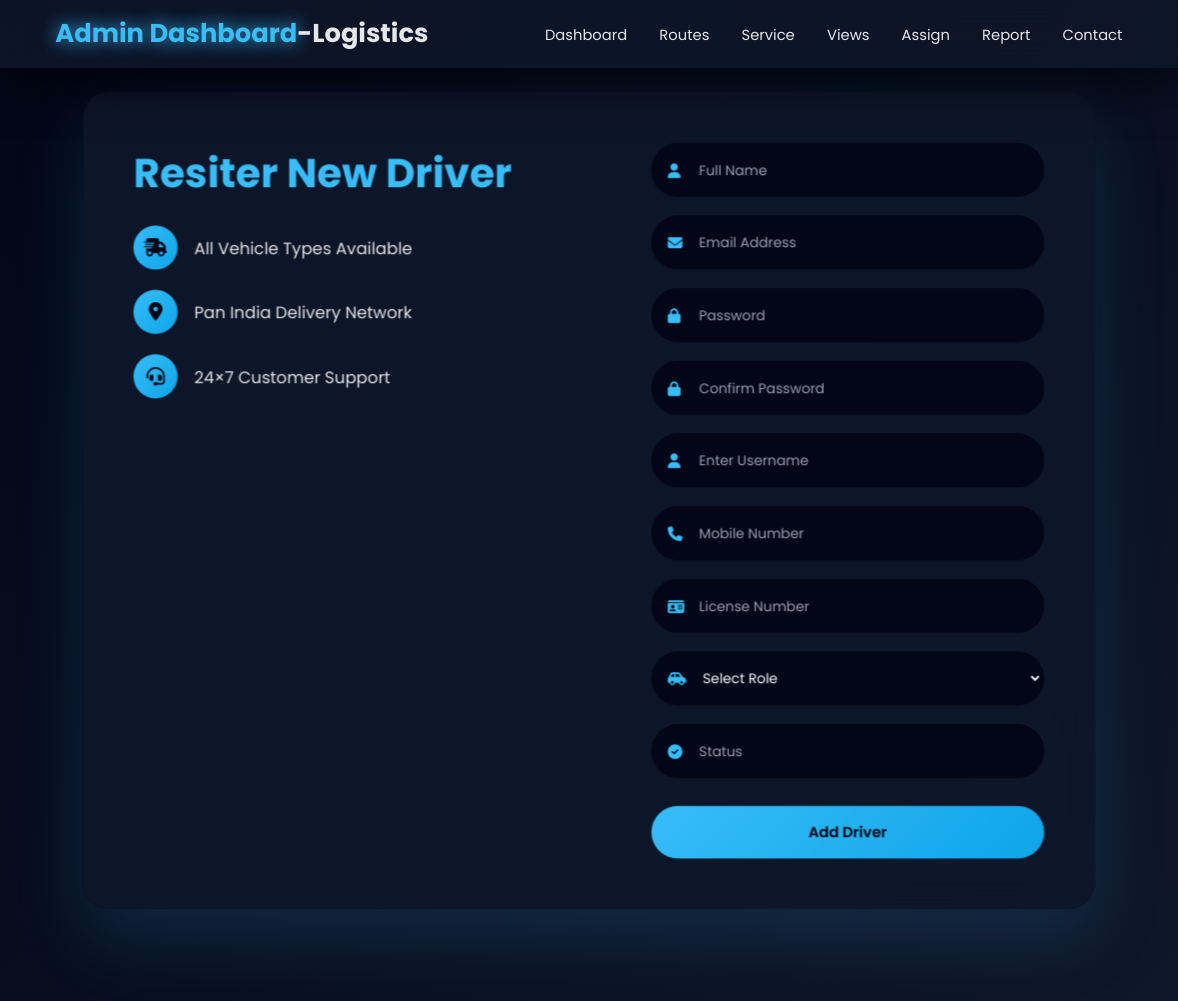
Repository: Pintu-6545/Java_Programming
Page: http://localhost/GreenFleetApplication/add-vehicle.jsp
The author's editor kept a copy of each file at every save. The page is drawn from the files as they stood at one save, then again after the next save.
The browser window is 1280 px wide. The pictures show the whole page, at 92% of full size.
The page is served by Tomcat 10. Other server files are loaded and not shown.

Above is the page before, as saved 2025-12-26 14:20:43.

### Assessement/GreenFeetApp1/GreenFleetApplication/src/main/webapp/add-vehicle.jsp
<%@ page language="java" contentType="text/html; charset=UTF-8"
	pageEncoding="UTF-8"%>
<%@include file="header.jsp"%>
<!DOCTYPE html>
<html>
<head>
<meta charset="UTF-8">
<title>Add New Vehicle</title>
</head>
<body>
	<section class="form-section">
		<div class="form-wrapper">

			<!-- LEFT INFO -->
			<div class="form-info">
				<h2>Resiter New Driver</h2>

				<div class="info-box">
					<i class="fa-solid fa-truck-fast"></i> <span>All Vehicle
						Types Available</span>
				</div>

				<div class="info-box">
					<i class="fa-solid fa-location-dot"></i> <span>Pan India
						Delivery Network</span>
				</div>

				<div class="info-box">
					<i class="fa-solid fa-headset"></i> <span>24×7 Customer
						Support</span>
				</div>
			</div>

			<!-- FORM -->
			<form class="form-box" name="frm" method="post" action="DriverController">
				<div class="input-group">
					<i class="fa-solid fa-user"></i> <input type="text"
					 name="name" placeholder="Full Name" required>
				</div>

				<div class="input-group">
					<i class="fa-solid fa-envelope"></i> <input type="email"
					 name="email" placeholder="Email Address" required>
				</div>

				<div class="input-group">
					<i class="fa fa-lock"></i> <input type="password"
						name="password" placeholder="Password" required>
				</div>
				<div class="input-group">
					<i class="fa fa-lock"></i> <input type="password"
						name="cpassword" placeholder="Confirm Password" required>
				</div>
				<div class="input-group">
					<i class="fa fa-user"></i> <input type="text"
					name="username"	placeholder="Enter Username" required>
				</div>
				<div class="input-group">
					<i class="fa-solid fa-phone"></i> <input type="text"
						name="phone_no" placeholder="Mobile Number" required>
				</div>
				<div class="input-group">
					<i class="fa fa-id-card"></i> <input type="text"
					name="license_no" placeholder="License Number" required>
				</div>

				<div class="input-group">
					<i class="fa-solid fa-car-side"></i> <select name="role" required>
						<option value="Select Role">Select Role</option>
         				<option value="driver">Driver</option>
					</select>
				</div>
				<div class="input-group">
					<i class="fa fa-check-circle"></i> <input type="text"
					name="status" placeholder="Status" required>
				</div>

				<button type="submit" name="action" value="insert">Add Driver</button>
			</form>

		</div>
	</section>

</body>
</html>

### Assessement/GreenFeetApp1/GreenFleetApplication/src/main/webapp/header.jsp
<%@page import="com.bean.Drivers"%>
<%@ page language="java" contentType="text/html; charset=UTF-8"
    pageEncoding="UTF-8"%>
<!DOCTYPE html>
<html>

<head>
<meta charset="UTF-8">
<title>Ultra AI Logistics</title>
<meta name="viewport" content="width=device-width, initial-scale=1.0">

<!-- FONT & ICONS -->
<link
	href="https://fonts.googleapis.com/css2?family=Poppins:wght@300;400;600;700&display=swap"
	rel="stylesheet">
<link rel="stylesheet"
	href="https://cdnjs.cloudflare.com/ajax/libs/font-awesome/6.5.1/css/all.min.css">

<link rel="stylesheet" href="css/index.css">
</head>
<body>
<!-- ================= NAVBAR ================= -->
	<nav class="navbar">
		<div class="logo">
			<span>Admin Dashboard</span>-Logistics
		</div>

		<div class="menu-toggle" id="menuToggle">
			<span></span><span></span><span></span>
		</div>

		<ul class="menu" id="menu">
			<li class="menu-item"><a href="admin-index.jsp">Dashboard</a></li>

			<li class="menu-item"><a href="#">Routes</a>
				<ul class="dropdown">
					<li><a href="#">Add Route</a></li>
					<li><a href="#">View Route </a></li>
				</ul></li>
			<li class="menu-item"><a href="#">Service</a>
				<ul class="dropdown">
					<li><a href="add-driver.jsp">Add Driver</a></li>
					<li><a href="add-vehicle.jsp">Add Vehicle</a></li>
					<li><a href="#">Add Vehicle Feul</a></li>
					<li><a href="#">Add Maintanance</a></li>
				</ul></li>


			<li class="menu-item"><a href="#">Views</a>
				<ul class="dropdown">
					<li><a href="view-drivers.jsp">View Drivers</a></li>
					<li><a href="#">View Vehicles</a></li>
					<li><a href="#">View Feuls</a></li>
				</ul></li>
				<li class="menu-item"><a href="#">Assign</a>
				<ul class="dropdown">
					<li><a href="#"> Add Vehicle-Driver</a></li>
					<li><a href="#">View Vehicles-Driver</a></li>

				</ul></li>
			<li class="menu-item"><a href="#">Report</a>
				<ul class="dropdown">
					<li><a href="#">Incident Report</a></li>
					<li><a href="#">Other Report</a></li>
				</ul></li>
			<li class="menu-item"><a href="#">Contact</a>
				<ul class="dropdown">
					<li><a href="#">Support</a></li>
					<li><a href="#">Email</a></li>
				</ul></li>
		</ul>
	</nav>

</body>
</html>

### Assessement/GreenFeetApp1/GreenFleetApplication/src/main/webapp/css/index.css
/* ================= GLOBAL ================= */
*{
    margin:0;
    padding:0;
    box-sizing:border-box;
    font-family:Poppins,sans-serif;
}
body{
    background:#0f172a;
    color:#fff;
}

/* ================= ROOT ================= */
:root{
    --bg:#020617;
    --glass:rgba(15,23,42,.85);
    --primary:#38bdf8;
    --secondary:#22d3ee;
    --text:#e5e7eb;
}

/* ================= NAVBAR ================= */
.navbar{
    position:fixed;
    top:0;
    width:100%;
    padding:16px 60px;
    background:var(--glass);
    backdrop-filter:blur(18px);
    display:flex;
    justify-content:space-between;
    align-items:center;
    z-index:1000;
    box-shadow:0 20px 50px rgba(0,0,0,.6);
}

/* ================= LOGO ================= */
.logo{
    font-size:28px;
    font-weight:800;
    color:var(--text);
}
.logo span{
    color:var(--primary);
    text-shadow:0 0 20px var(--primary);
}

/* ================= MENU ================= */
.menu{
    display:flex;
    gap:35px;
    list-style:none;
}
.menu-item{
    position:relative;
}
.menu-item > a{
    color:var(--text);
    text-decoration:none;
    font-size:16px;
    padding:10px 0;
    position:relative;
}

/* underline animation */
.menu-item > a::after{
    content:"";
    position:absolute;
    bottom:-6px;
    left:0;
    width:0;
    height:3px;
    background:linear-gradient(90deg,var(--primary),var(--secondary));
    transition:.4s;
    border-radius:10px;
}
.menu-item > a:hover::after{
    width:100%;
}

/* ================= DROPDOWN ================= */
.dropdown{
    position:absolute;
    top:55px;
    left:0;
    background:linear-gradient(180deg,#020617,#020617);
    border-radius:18px;
    min-width:210px;
    padding:10px;
    opacity:0;
    visibility:hidden;
    transform:rotateX(-15deg) translateY(15px);
    transform-origin:top;
    transition:.45s cubic-bezier(.2,.8,.2,1);
    box-shadow:0 25px 80px rgba(56,189,248,.25);
}

.dropdown li{
    list-style:none;
}

.dropdown a{
    display:block;
    padding:14px 18px;
    border-radius:12px;
    color:#cbd5f5;
    text-decoration:none;
    transition:.3s;
}
.dropdown a:hover{
    background:linear-gradient(135deg,var(--primary),var(--secondary));
    color:#020617;
    transform:translateX(6px);
}

/* hover open */
.menu-item:hover .dropdown{
    opacity:1;
    visibility:visible;
    transform:rotateX(0) translateY(0);
}

/* ================= MOBILE ================= */
.menu-toggle{
    display:none;
    flex-direction:column;
    gap:6px;
    cursor:pointer;
}
.menu-toggle span{
    width:28px;
    height:3px;
    background:var(--primary);
    border-radius:10px;
}

/* ================= RESPONSIVE ================= */
@media(max-width:900px){
    .menu-toggle{display:flex;}
    .menu{
        position:absolute;
        top:75px;
        right:30px;
        background:#020617;
        flex-direction:column;
        width:260px;
        border-radius:20px;
        padding:20px;
        opacity:0;
        pointer-events:none;
        transform:scale(.9);
        transition:.4s;
    }
    .menu.active{
        opacity:1;
        pointer-events:auto;
        transform:scale(1);
    }
    .dropdown{
        position:static;
        transform:none;
        opacity:1;
        visibility:visible;
        box-shadow:none;
    }
}

/* ================= CAROUSEL ================= */
.carousel{
    height:100vh;
    margin-top:80px;
    position:relative;
    overflow:hidden;
}
.slide{
    position:absolute;
    inset:0;
    background-size:cover;
    background-position:center;
    opacity:0;
    transition:opacity 1.2s;
}
.slide.active{opacity:1;}
.overlay{
    position:absolute;
    inset:0;
    background:linear-gradient(to right,rgba(0,0,0,.75),rgba(0,0,0,.3));
}
.content{
    position:absolute;
    top:50%;
    left:8%;
    transform:translateY(-50%);
    max-width:600px;
}
.content h1{
    font-size:48px;
}
.content p{
    margin:15px 0 25px;
    color:#e2e8f0;
}
.btn{
    padding:14px 30px;
    border-radius:30px;
    border:none;
    background:linear-gradient(45deg,#38bdf8,#0ea5e9);
    cursor:pointer;
}

/* ================= SECTIONS ================= */
.section{
    padding:90px 8%;
}
.section h2{
    font-size:38px;
    color:#38bdf8;
}
.section p{
    max-width:850px;
    color:#cbd5f5;
}

/* ================= CARDS ================= */
.card-grid{
    display:grid;
    grid-template-columns:repeat(auto-fit,minmax(250px,1fr));
    gap:25px;
    margin-top:40px;
}
.card{
    background:#1e293b;
    border-radius:15px;
    overflow:hidden;
    transition:.4s;
}
.card:hover{
    transform:translateY(-8px);
}
.card img{
    width:100%;
    height:200px;
    object-fit:cover;
}
.card h3{
    padding:15px;
    color:#38bdf8;
}
.card p{
    padding:0 15px 20px;
    font-size:14px;
}

/* ================= TABLE ================= */
table{
    width:100%;
    border-collapse:collapse;
    margin-top:30px;
}
th,td{
    padding:14px;
    border:1px solid #334155;
    text-align:center;
}
th{
    background:#38bdf8;
    color:#000;
}
tr:nth-child(even){
    background:#1e293b;
}

/* ================= FORM SECTION ================= */
.form-section{
    padding:100px 6%;
    background:linear-gradient(135deg,#020617,#0f172a);
}

.form-wrapper{
    max-width:1100px;
    margin:auto;
    background:rgba(15,23,42,.92);
    backdrop-filter:blur(18px);
    border-radius:28px;
    padding:55px;
    display:grid;
    grid-template-columns:1.2fr 1fr;
    gap:50px;
    box-shadow:0 30px 80px rgba(56,189,248,.15);
}

/* ================= LEFT INFO ================= */
.form-info h2{
    font-size:44px;
    margin-bottom:25px;
    color:#38bdf8;
}

.info-box{
    display:flex;
    align-items:center;
    gap:18px;
    margin:22px 0;
    font-size:18px;
    color:#e5e7eb;
}

.info-box i{
    width:48px;
    height:48px;
    display:grid;
    place-items:center;
    font-size:20px;
    background:linear-gradient(135deg,#38bdf8,#0ea5e9);
    color:#020617;
    border-radius:50%;
}

/* ================= FORM ================= */
.form-box{
    display:flex;
    flex-direction:column;
    gap:20px;
}

.input-group{
    position:relative;
}

.input-group i{
    position:absolute;
    top:50%;
    left:18px;
    transform:translateY(-50%);
    font-size:16px;
    color:#38bdf8;
    pointer-events:none;
}

.input-group input,
.input-group select,
.input-group textarea{
    width:100%;
    padding:16px 18px 16px 50px;
    border-radius:30px;
    border:2px solid transparent;
    outline:none;
    background:#020617;
    color:#fff;
    font-size:15px;
    transition:.35s;
}

/* Focus & Hover Handling */
.input-group input:focus,
.input-group textarea:focus,
.input-group select:focus{
    border-color:#38bdf8;
    box-shadow:0 0 0 4px rgba(56,189,248,.15);
}

/* Placeholder */
::placeholder{
    color:#9ca3af;
}

/* Textarea */
textarea{
    height:120px;
    resize:none;
}

/* ================= BUTTON ================= */
.form-box button{
    margin-top:10px;
    padding:16px;
    border-radius:30px;
    border:none;
    font-size:16px;
    font-weight:600;
    color:#020617;
    background:linear-gradient(135deg,#38bdf8,#0ea5e9);
    cursor:pointer;
    transition:.35s;
}

.form-box button:hover{
    transform:translateY(-2px);
    box-shadow:0 15px 40px rgba(56,189,248,.4);
}

/* ================= RESPONSIVE ================= */
@media(max-width:900px){
    .form-wrapper{
        grid-template-columns:1fr;
        padding:40px;
    }
    .form-info h2{
        font-size:36px;
    }
}

@media(max-width:480px){
    .form-wrapper{
        padding:30px 22px;
    }
    .input-group input,
    .input-group select,
    .input-group textarea{
        font-size:14px;
    }
}

After the next save:
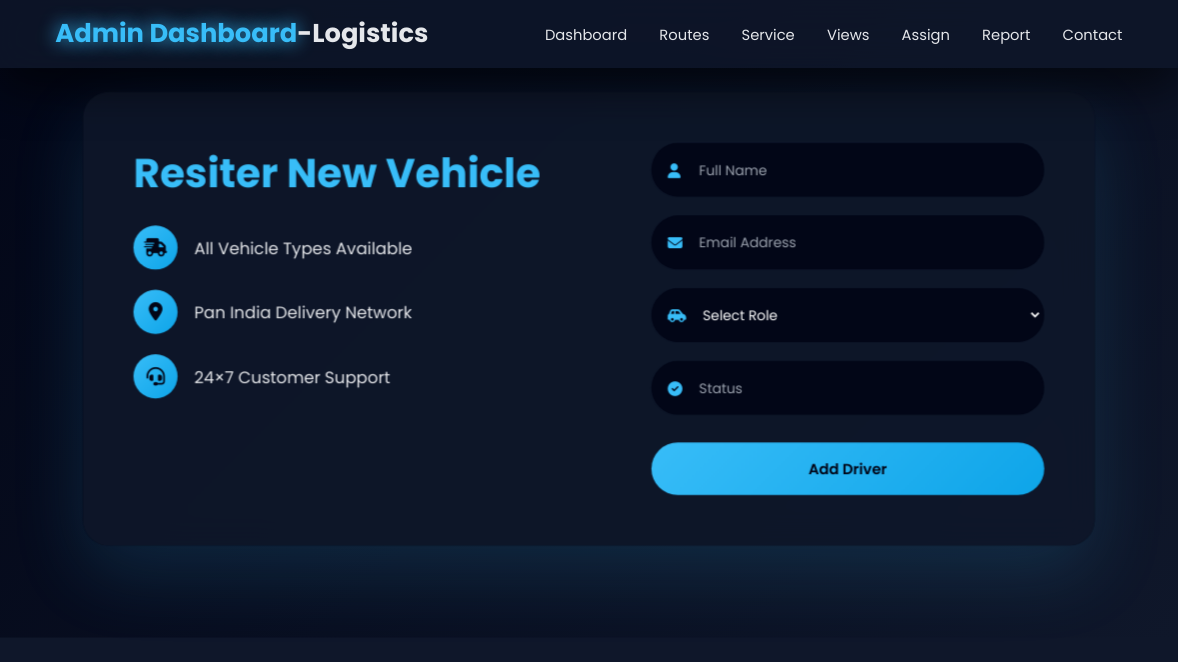
Saved 54 s later.
--- a/Assessement/GreenFeetApp1/GreenFleetApplication/src/main/webapp/add-vehicle.jsp
+++ b/Assessement/GreenFeetApp1/GreenFleetApplication/src/main/webapp/add-vehicle.jsp
@@ -13,7 +13,7 @@
 
 			<!-- LEFT INFO -->
 			<div class="form-info">
-				<h2>Resiter New Driver</h2>
+				<h2>Resiter New Vehicle</h2>
 
 				<div class="info-box">
 					<i class="fa-solid fa-truck-fast"></i> <span>All Vehicle
@@ -32,7 +32,7 @@
 			</div>
 
 			<!-- FORM -->
-			<form class="form-box" name="frm" method="post" action="DriverController">
+			<form class="form-box" name="frm" method="post" action="VehicleController">
 				<div class="input-group">
 					<i class="fa-solid fa-user"></i> <input type="text"
 					 name="name" placeholder="Full Name" required>
@@ -41,27 +41,6 @@
 				<div class="input-group">
 					<i class="fa-solid fa-envelope"></i> <input type="email"
 					 name="email" placeholder="Email Address" required>
-				</div>
-
-				<div class="input-group">
-					<i class="fa fa-lock"></i> <input type="password"
-						name="password" placeholder="Password" required>
-				</div>
-				<div class="input-group">
-					<i class="fa fa-lock"></i> <input type="password"
-						name="cpassword" placeholder="Confirm Password" required>
-				</div>
-				<div class="input-group">
-					<i class="fa fa-user"></i> <input type="text"
-					name="username"	placeholder="Enter Username" required>
-				</div>
-				<div class="input-group">
-					<i class="fa-solid fa-phone"></i> <input type="text"
-						name="phone_no" placeholder="Mobile Number" required>
-				</div>
-				<div class="input-group">
-					<i class="fa fa-id-card"></i> <input type="text"
-					name="license_no" placeholder="License Number" required>
 				</div>
 
 				<div class="input-group">
